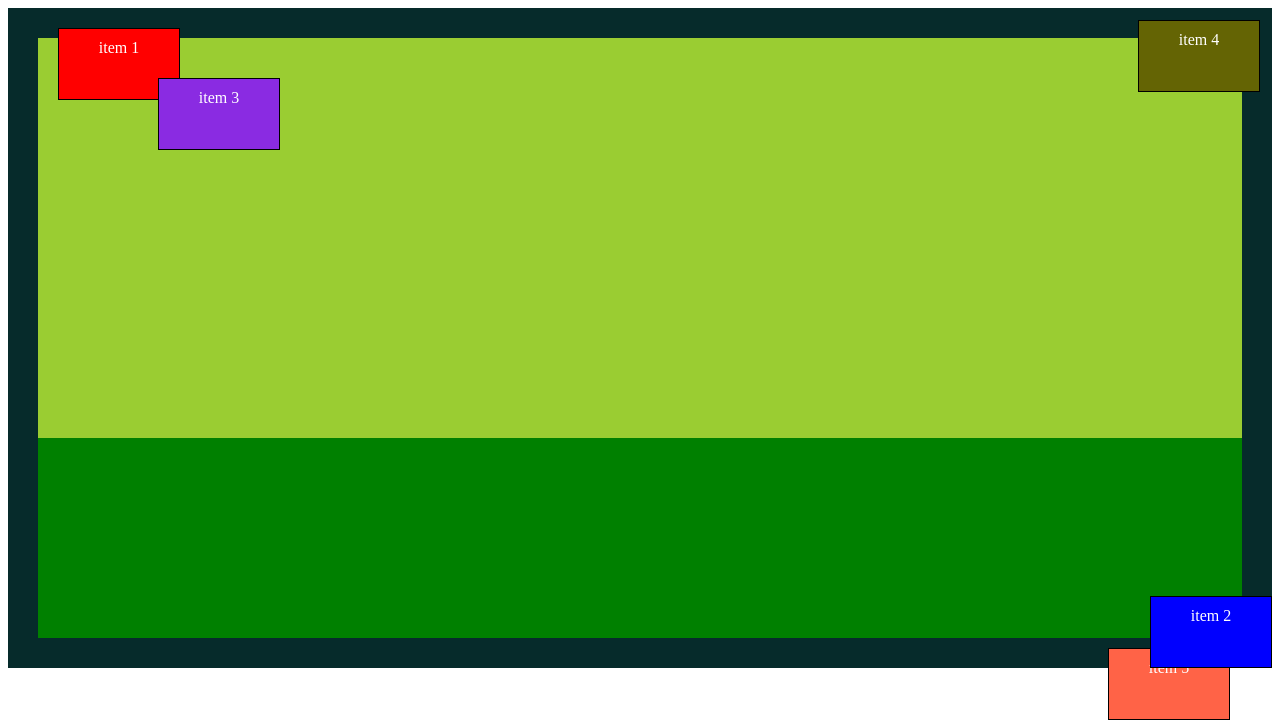
Repository: nmaury/TpsCambodge
Page: InternetProgramming/Css/sample.html
An editor plug-in stored every save of this project. The page is shown before and after the next save, followed by the edit.
The browser window is 1280 px wide. The pictures show the whole page.

Above is the page before, as saved 2022-12-06 03:03:07.

### InternetProgramming/Css/sample.html
<!DOCTYPE html>
<html>
<head>
    <link rel="stylesheet" href="sample.css">
</head>
<body>
    <div class = "grand-parent">
    <div class="parent">
        <div class="item item1">item 1
        </div>
        <div class="item item3">item 3
        </div>
        <div class="item item4">item 4
        </div>
    </div>
    <div class="parent2">
        <div class="item item5">item 5
        </div>
        <div class="item item2">item 2
        </div>
    </div>
</div>
</body>
</html>

### InternetProgramming/Css/sample.css
.item{
    background-color: rgb(100,100,4);
    padding : 10px;
    width: 100px;
    height: 50px;
    color: white;
    text-align: center;
    position: absolute;
    border: 1px solid black;
}
.item1{
    background-color: red;
    left: 50px;
    top: 20px;
}
.item2{
    background-color: blue;
    bottom:0px;
    right: 00px;
}
.item3{
    background-color: blueviolet;
    left: 150px;
    top: 70px;
}
.item4{
    position: fixed;
    right: 20px;
    top: 20px;
    z-index: 5;
}
.item5{
    background-color: tomato;
    position: fixed;
    right:50px;
    bottom: 0px;
}
.parent{
    background-color: yellowgreen;
    width: 100%;
    height: 400px;
}
.parent2{
    background-color: green;
    width: 100%;
    height: 200px;
}
.grand-parent{
    background-color: rgb(6,43,43);
    padding: 30px;
    position: relative;
}

After the next save:
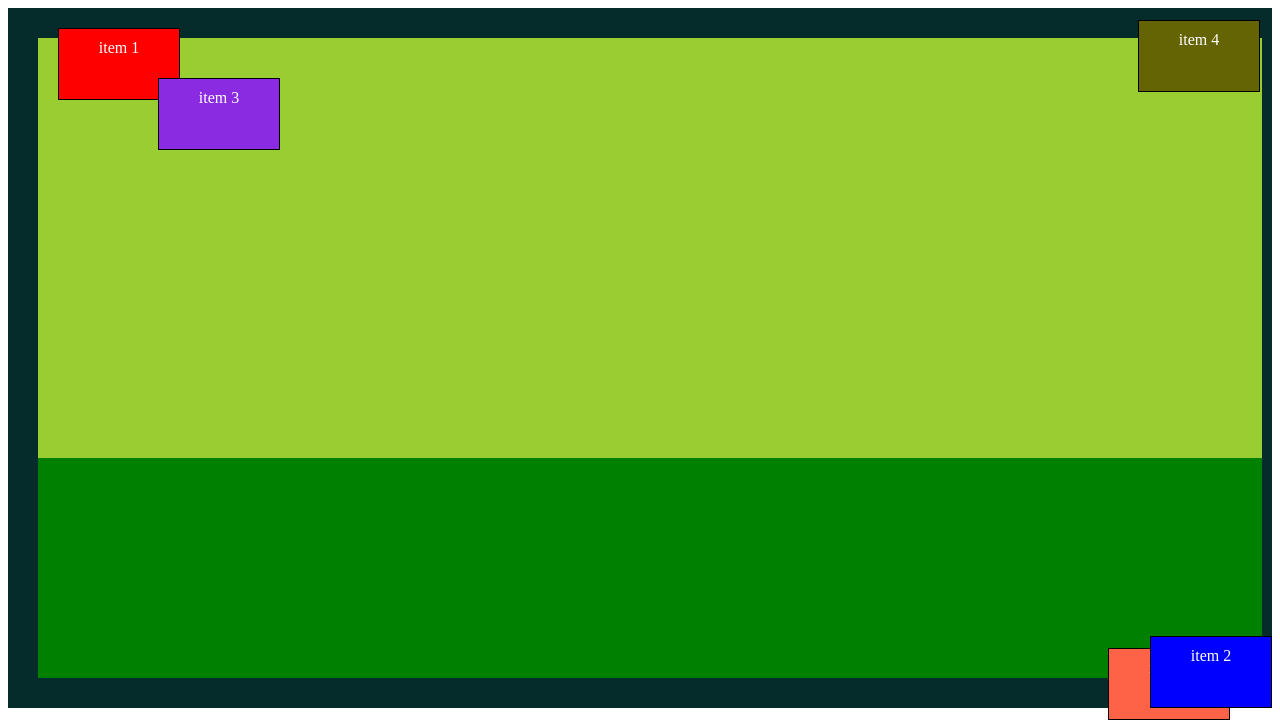
Saved 23 s later.
--- a/InternetProgramming/Css/sample.css
+++ b/InternetProgramming/Css/sample.css
@@ -39,11 +39,13 @@
     background-color: yellowgreen;
     width: 100%;
     height: 400px;
+    padding: 10px;
 }
 .parent2{
     background-color: green;
     width: 100%;
     height: 200px;
+    padding: 10px;
 }
 .grand-parent{
     background-color: rgb(6,43,43);

After the save that followed:
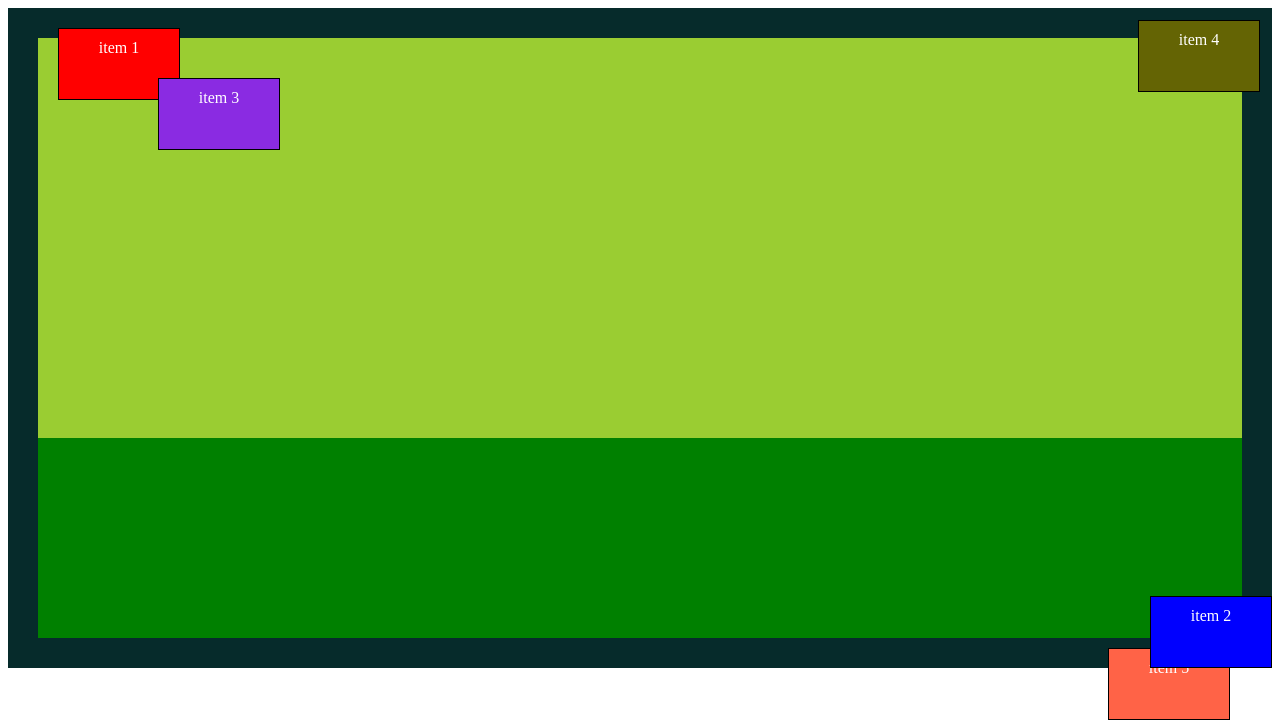
Saved 15 s later.
--- a/InternetProgramming/Css/sample.css
+++ b/InternetProgramming/Css/sample.css
@@ -39,13 +39,11 @@
     background-color: yellowgreen;
     width: 100%;
     height: 400px;
-    padding: 10px;
 }
 .parent2{
     background-color: green;
     width: 100%;
     height: 200px;
-    padding: 10px;
 }
 .grand-parent{
     background-color: rgb(6,43,43);
